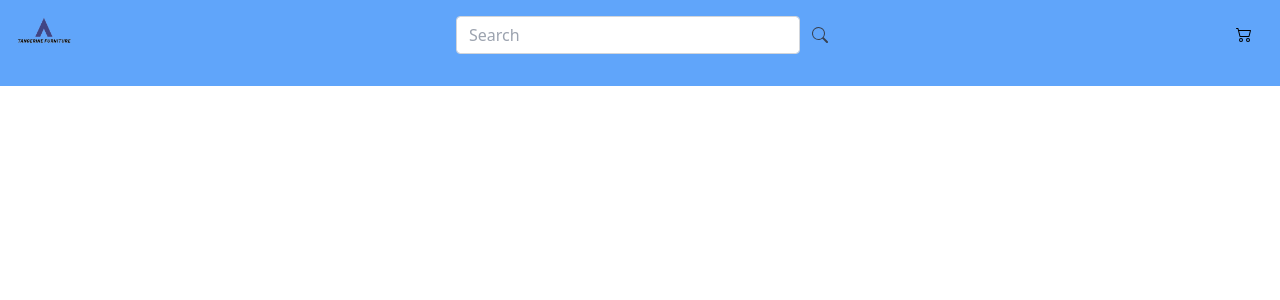
Repository: DevLaukey/Jitu-final
Page: / (app in frontend/)
These files come from the project's save history. The page is drawn as it stood at one moment and after the next save; the edit follows.
The browser window is 1280 px wide. The pictures show the whole page.
The project was rebuilt for these pictures with package versions that can differ from the ones it lists, and the page was loaded fresh each time.

Above is the page before, as saved 2022-07-13 13:10:30.

### frontend/src/index.js
import React from 'react';
import ReactDOM from 'react-dom/client';
import './index.css';
import App from './App';
import {store } from './redux/store';
import {Provider} from 'react-redux';
const root = ReactDOM.createRoot(document.getElementById('root'));
root.render(
  <Provider store={store}>
    <App />
  </Provider>
);

### frontend/src/App.js
import Navbar from "./components/Navbar";

function App() {
  return (
    <div className="">
    <Navbar />
    </div>
  );
}

export default App;

### frontend/src/components/Navbar.js
import React from "react";
import logo from "./free-logo-24a54uqo7g-d1y96agntq-removebg-preview.png";
import {  BsCart2, BsSearch } from "react-icons/bs";
function Navbar() {
  return (
    <header className="flex justify-between align-middle  p-4 bg-blue-400">
      <div className="">
        <img
          onClick={() => {
            console.log("clicked");
          }}
          className="h-15 w-14"
          src={logo}
          alt=""
          srcset=""
        />
      </div>
      <div class="flex justify-center">
        <div class="xl:w-96">
          <div class="input-group relative flex  items-stretch w-full mb-4 rounded">
            <input
              type="search"
              class="form-control relative flex-auto min-w-0 block w-full px-3 py-1.5 text-base font-normal text-gray-700 text-transparent bg-clip-padding border border-solid border-gray-300 rounded transition ease-in-out m-0 focus:text-gray-700 focus:bg-white focus:border-blue-600 focus:outline-none"
              placeholder="Search"
              aria-label="Search"
              aria-describedby="button-addon2"
            />
            <span
              class="input-group-text flex items-center px-3 py-1.5 text-base font-normal text-gray-700 text-center whitespace-nowrap rounded"
              id="basic-addon2"
            >
              <BsSearch />
            </span>
          </div>
        </div>
      </div>
      <div class="items-center px-3 py-2.5  text-center whitespace-nowrap rounded">
        <BsCart2 />
      </div>
    </header>
  );
}

export default Navbar;

Loaded but not shown: frontend/public/index.html (common file); frontend/src/index.css (common file); frontend/src/redux/store.js (common file); frontend/tailwind.config.js (common file)

After the next save:
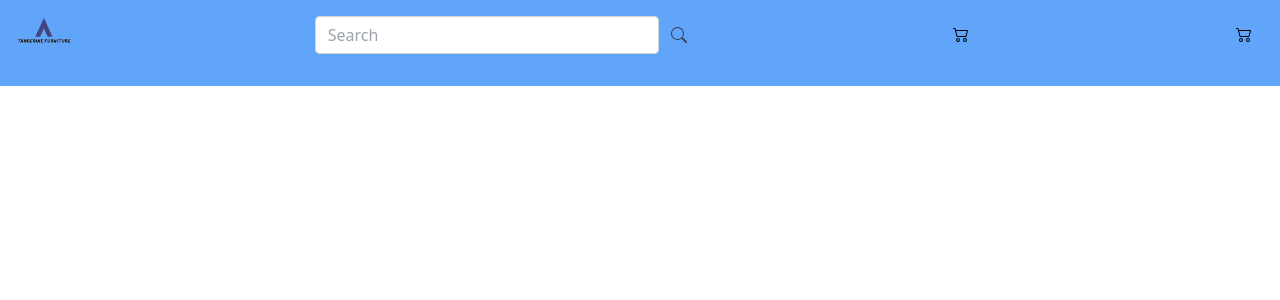
Saved 75 s later.
--- a/frontend/src/components/Navbar.js
+++ b/frontend/src/components/Navbar.js
@@ -37,6 +37,9 @@
       <div class="items-center px-3 py-2.5  text-center whitespace-nowrap rounded">
         <BsCart2 />
       </div>
+      <div class="items-center px-3 py-2.5  text-center whitespace-nowrap rounded">
+        <BsCart2 />
+      </div>
     </header>
   );
 }

After the 2 saves that followed:
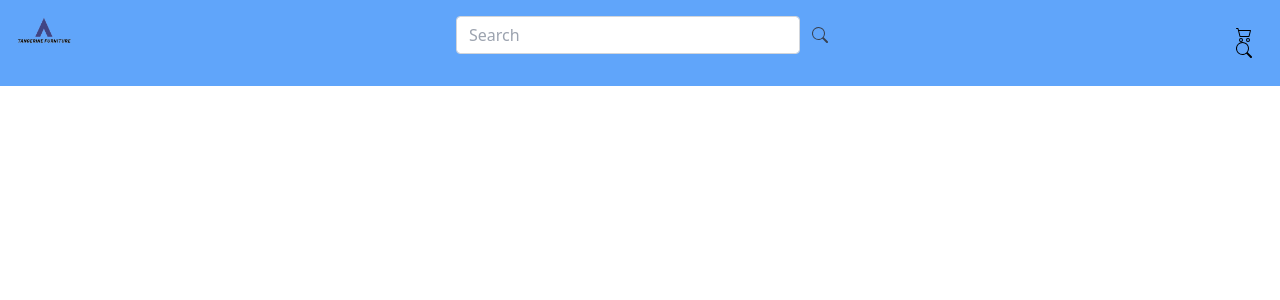
The 2 saves are shown as one change because they came seconds apart.
The last was saved 12 s later.
--- a/frontend/src/components/Navbar.js
+++ b/frontend/src/components/Navbar.js
@@ -35,11 +35,11 @@
         </div>
       </div>
       <div class="items-center px-3 py-2.5  text-center whitespace-nowrap rounded">
-        <BsCart2 />
+              <BsCart2 />
+              <BsSearch/>
       </div>
-      <div class="items-center px-3 py-2.5  text-center whitespace-nowrap rounded">
-        <BsCart2 />
-      </div>
+
+
     </header>
   );
 }
